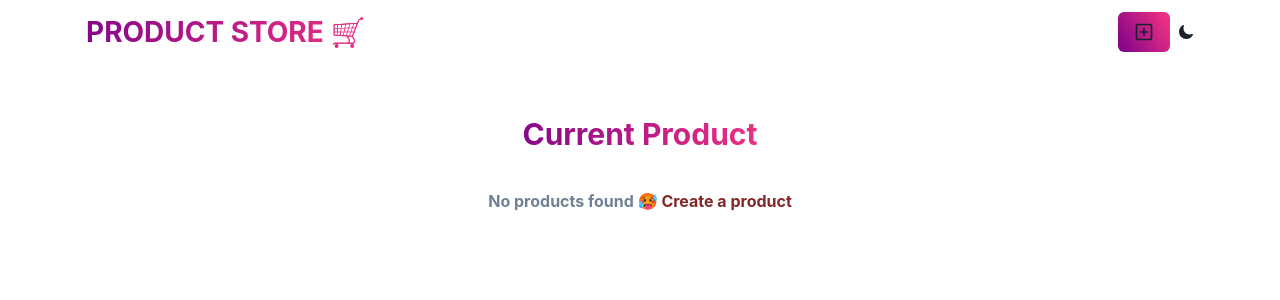
Repository: xiaojing168jmg168/MERN-API
Page: / (app in frontend/)
An editor plug-in stored every save of this project. The page is shown before and after the next save, followed by the edit.
The browser window is 1280 px wide. The pictures show the whole page.
The project was rebuilt for these pictures with package versions that can differ from the ones it lists, and the page was loaded fresh each time. Also part of the build but not shown: frontend/vite.config.js, frontend/src/store/product.js, frontend/src/pages/CreatePage.jsx.

Above is the page before, as saved 2025-01-29 12:16:20.

After the next save:
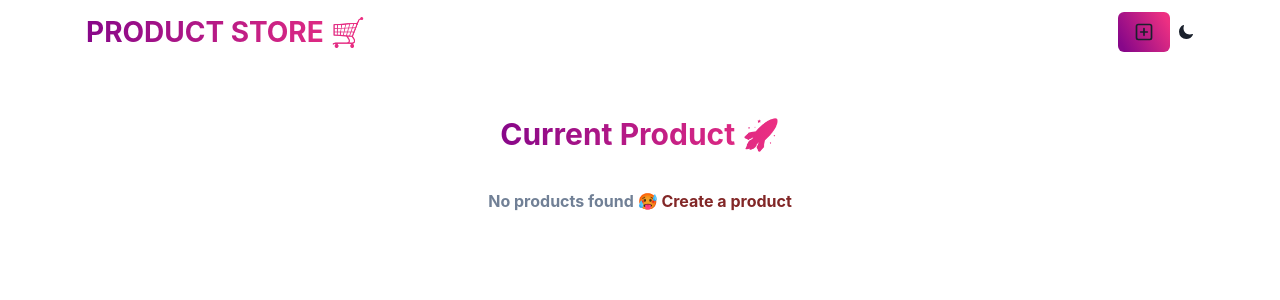
Saved 28 s later.
--- a/frontend/src/pages/HomePage.jsx
+++ b/frontend/src/pages/HomePage.jsx
@@ -11,9 +11,8 @@ const HomePage = () => {
           bgClip={"text"}
           textAlign={"center"}
         >
-          Current Product
-        </Text>{" "}
-        🚀
+          Current Product 🚀
+        </Text>
         <Text
           fontSize="x1"
           textAlign={"center"}
